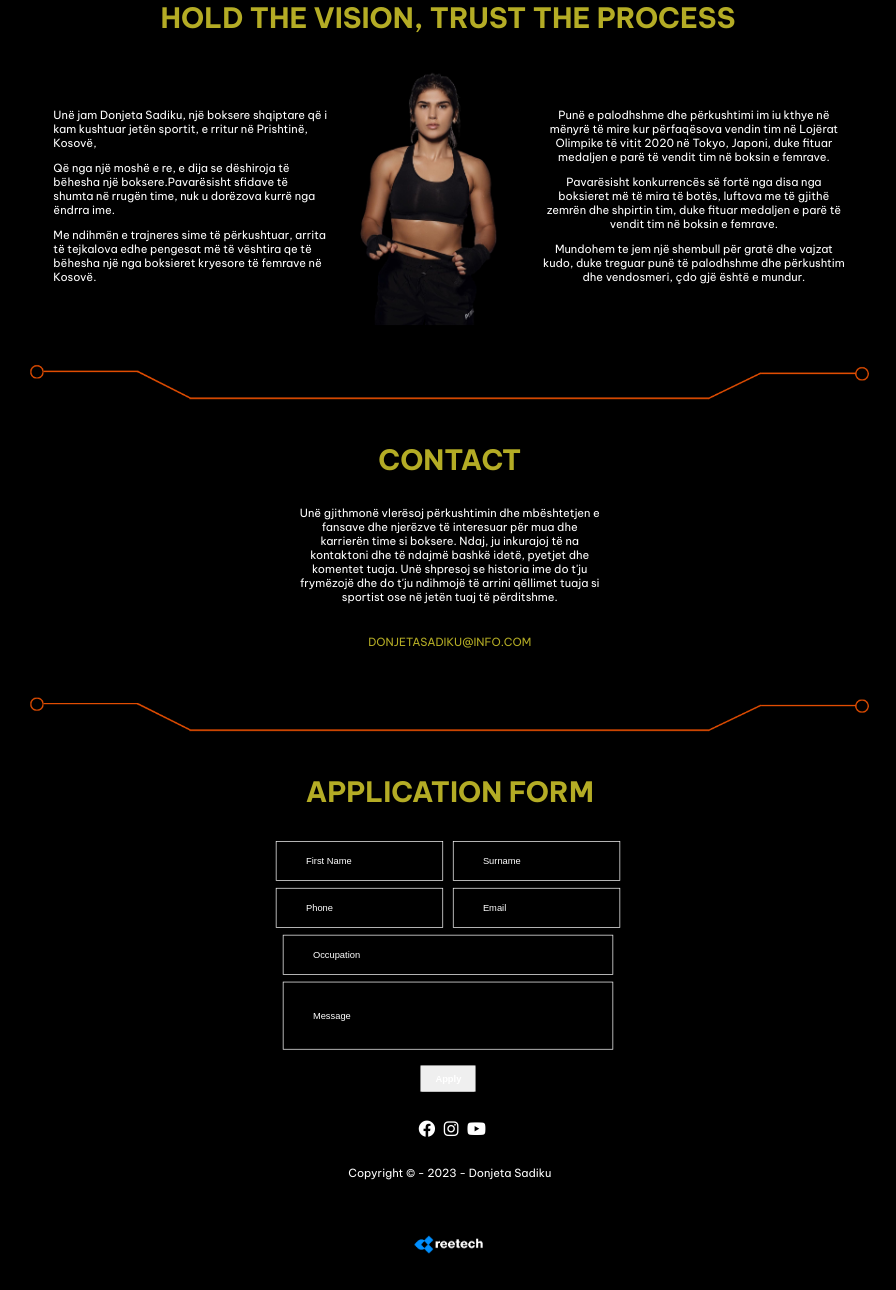
Repository: milot-morina/ds-boxing
Page: DS-Portfolio/index.html
The author's editor kept a copy of each file at every save. The page is drawn from the files as they stood at one save, then again after the next save.
The browser window is 1280 px wide. The pictures show the part of the page from y = 2128 to 4048 px (the page is 3971 px tall before and 4048 px after), at 70% of full size.
A picture or video elsewhere on the page could not be fetched, so the positions and the page height are approximate.

Above is the page before, as saved 2023-03-21 08:53:16.

After the next save:
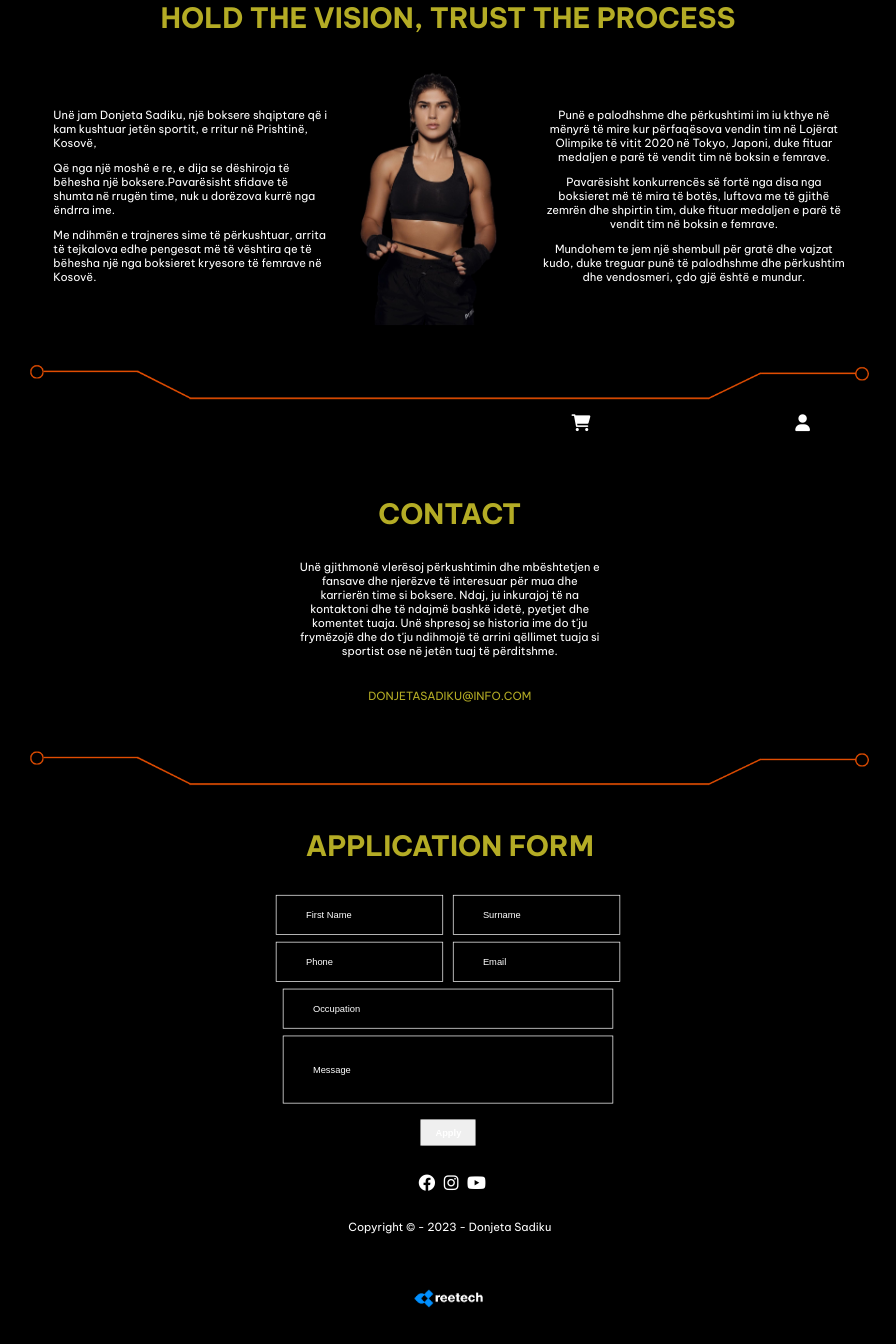
Saved 59 min 47 s later.
--- a/DS-Portfolio/index.html
+++ b/DS-Portfolio/index.html
@@ -124,7 +124,44 @@
   </section>
 
   <img src="separator2.png" alt="" width="100%" style="margin-top: 30px;">
-
+  <!-- ktu section i ri -->
+  <div class="container">
+
+    <div class="row">
+
+	<div class="four col-md-3">
+		<div class="counter-box colored">
+			<i class="fa fa-thumbs-o-up"></i>
+			<span class="counter">2147</span>
+			<p>Happy Customers</p>
+		</div>
+	</div>
+	<div class="four col-md-3">
+		<div class="counter-box">
+			<i class="fa fa-group"></i>
+			<span class="counter">3275</span>
+			<p>Registered Members</p>
+		</div>
+	</div>
+	<div class="four col-md-3">
+		<div class="counter-box">
+			<i class="fa  fa-shopping-cart"></i>
+			<span class="counter">289</span>
+			<p>Available Products</p>
+		</div>
+	</div>
+	<div class="four col-md-3">
+		<div class="counter-box">
+			<i class="fa  fa-user"></i>
+			<span class="counter">1563</span>
+			<p>Saved Trees</p>
+		</div>
+	</div>
+  </div>
+</div>
+
+
+  <!-- perfunduon -->
 
   <section class="section5 container" id="contact">
     <div class="text">
